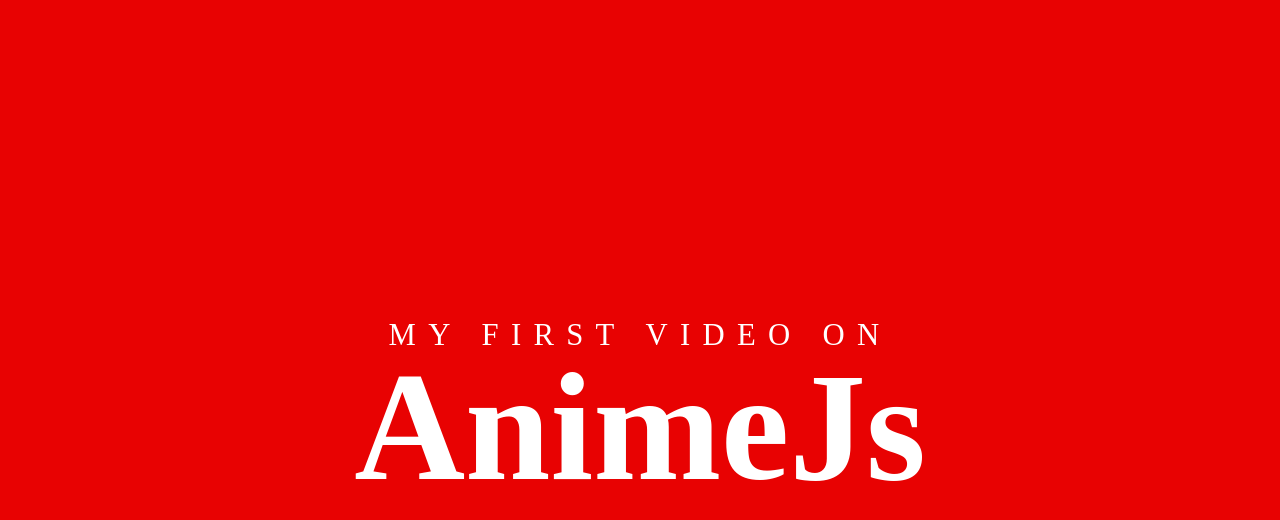
Repository: honghyunAhn/DailyFront
Page: Day210213_Background_Animation/index.html
The author's editor kept a copy of each file at every save. The page is drawn from the files as they stood at one save, then again after the next save.
The browser window is 1280 px wide. The pictures show the whole page.

Above is the page before, as saved 2021-02-13 21:10:33.
Console error: SyntaxError: Unexpected token '{'

### Day210213_Background_Animation/index.html
<!DOCTYPE html>
<html lang="en">
<head>
    <meta charset="UTF-8">
    <meta http-equiv="X-UA-Compatible" content="IE=edge">
    <meta name="viewport" content="width=device-width, initial-scale=1.0">
    <title>Background Animation | AnimeJS</title>
    <link rel="stylesheet" href="style.css">
</head>
<body>
    <div class="container">
        <h2><span>My first video on</span><br>AnimeJs</h2>
    </div>
    <script src="anime.min.js"></script>
    <script>
        const container = document.querySelector('.container')
        for (var i = 0; i <= 5; i++){
            const blocks = document.createElement('div');
            blocks.classList.add('block');
            container.appendChild(blocks);
        }

        function animateBlocks(){
            anime{
                targets: '.block',
                translateX: 400,
            }
        }
        animateBlocks()
    </script>
</body>
</html>

### Day210213_Background_Animation/style.css
@import url("https://fonts.googleapis.com/css?family=Poppins:200,300,400,500,600,700,800,900&display=swap");
* {
  margin: 0;
  padding: 0;
  box-sizing: border-box;
  font-family: "Poppins" sans-serif;
}
body {
  position: relative;
  overflow: hidden;
  display: flex;
  justify-content: center;
  align-items: center;
  min-height: 100vh;
  background: #e80202;
}
.container {
  position: absolute;
  width: 100%;
  height: 100%;
  display: flex;
  justify-content: center;
  align-items: center;
}
h2 {
  color: #fff;
  text-align: center;
  font-size: 12vw;
  line-height: 0.6em;
  z-index: 1000;
  font-size: 900;
}
h2 span {
  font-size: 0.2em;
  letter-spacing: 0.4em;
  font-weight: 400;
  text-transform: uppercase;
}
.block {
  position: absolute;
  width: 50px;
  height: 100px;
  background: #e80202;
  box-shadow: 10px 10px 50px rgba(0, 0, 0, 0.2);
}

Loaded but not shown: Day210213_Background_Animation/anime.min.js (library)

After the next save:
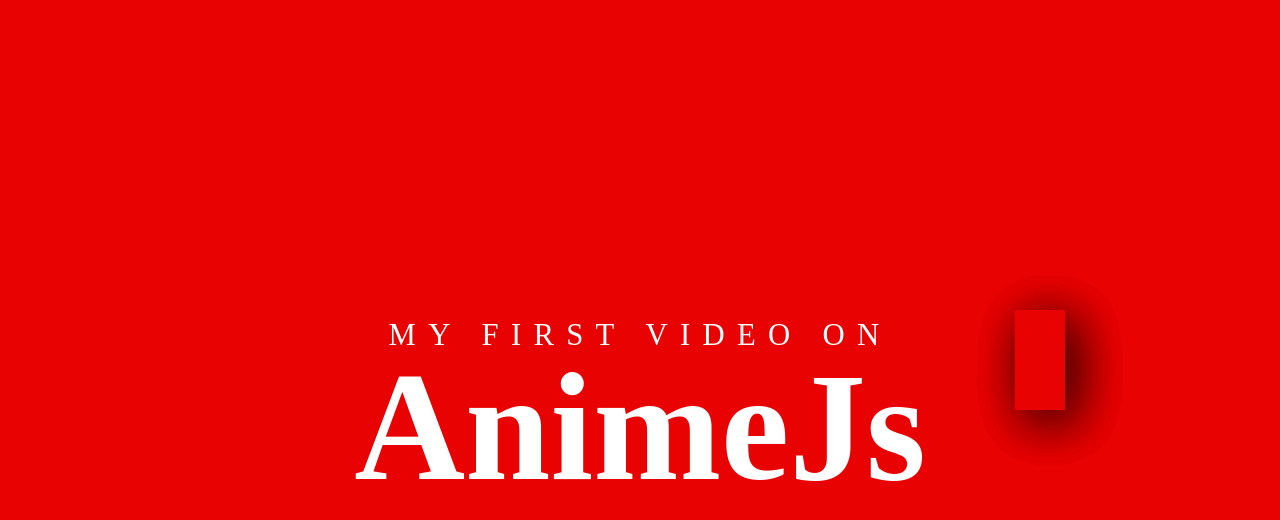
The error is gone.
Saved 43 s later.
--- a/Day210213_Background_Animation/index.html
+++ b/Day210213_Background_Animation/index.html
@@ -21,10 +21,10 @@
         }
 
         function animateBlocks(){
-            anime{
+            anime({
                 targets: '.block',
                 translateX: 400,
-            }
+            })
         }
         animateBlocks()
     </script>
